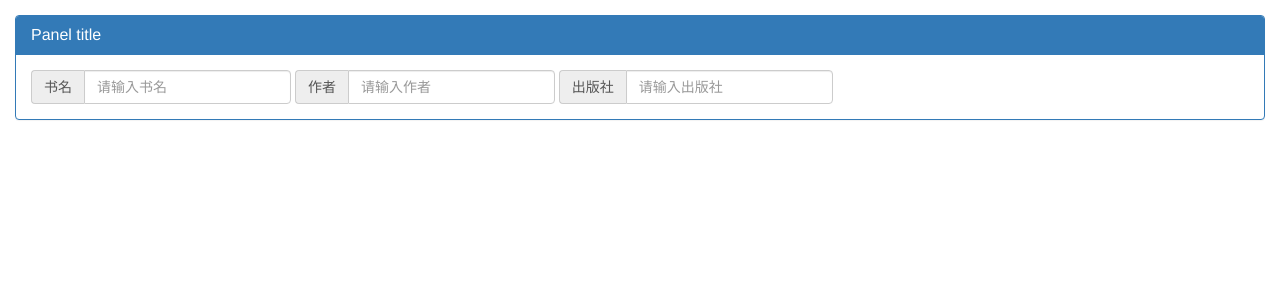
Repository: Bluesouls/eliauk.github.io
Page: Ajax学习笔记/day01/code/图书管理.html
These files come from the project's save history. The page is drawn as it stood at one moment and after the next save; the edit follows.
The browser window is 1280 px wide. The pictures show the whole page.

Above is the page before, as saved 2022-04-24 16:58:42.
Console error (its wording comes from the project's code and is left out).

### Ajax学习笔记/day01/code/图书管理.html
<!DOCTYPE html>
<html lang="en">
<head>
  <meta charset="UTF-8">
  <meta http-equiv="X-UA-Compatible" content="IE=edge">
  <meta name="viewport" content="width=device-width, initial-scale=1.0">
  <link href="https://cdn.bootcss.com/bootstrap/3.3.7/css/bootstrap.css" rel="stylesheet">
  <script src="https://cdn.bootcss.com/bootstrap/3.3.7/js/bootstrap.js"></script>
  <title>图书管理</title>
</head>
<body style="padding:15px">

  <div class="panel panel-primary">
      <div class="panel-heading">
        <h3 class="panel-title">Panel title</h3>
      </div>
      <div class="panel-body">
        <form class="form-inline" method="get" action="">
          <div class="input-group">
            <div class="input-group-addon">书名</div>
            <input type="text" class="form-control" id="books" placeholder="请输入书名">
          </div>
          <div class="input-group">
            <div class="input-group-addon">作者</div>
            <input type="text" class="form-control" id="author" placeholder="请输入作者">
          </div>
          <div class="input-group">
            <div class="input-group-addon">出版社</div>
            <input type="text" class="form-control" id="publisher" placeholder="请输入出版社">
          </div>
        </form>


      </div>
  </div>

</body>
</html>

After the next save:
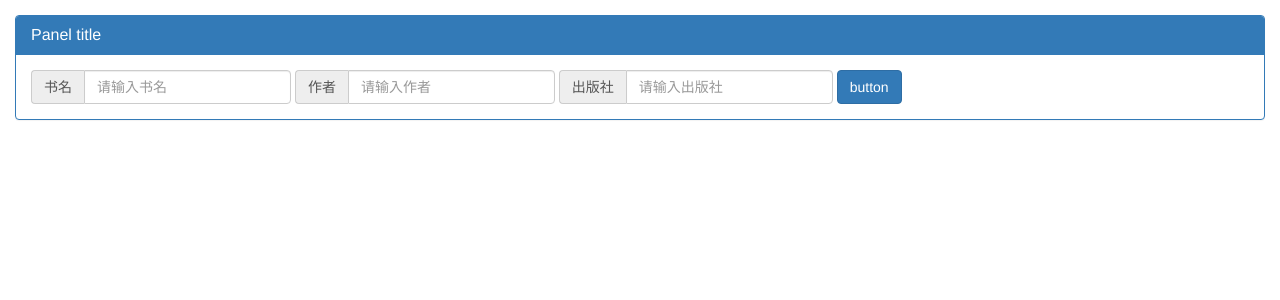
Saved 28 s later.
--- a/Ajax学习笔记/day01/code/图书管理.html
+++ b/Ajax学习笔记/day01/code/图书管理.html
@@ -28,6 +28,9 @@
             <div class="input-group-addon">出版社</div>
             <input type="text" class="form-control" id="publisher" placeholder="请输入出版社">
           </div>
+
+          <button type="button" class="btn btn-primary">button</button>
+
         </form>
 
 
